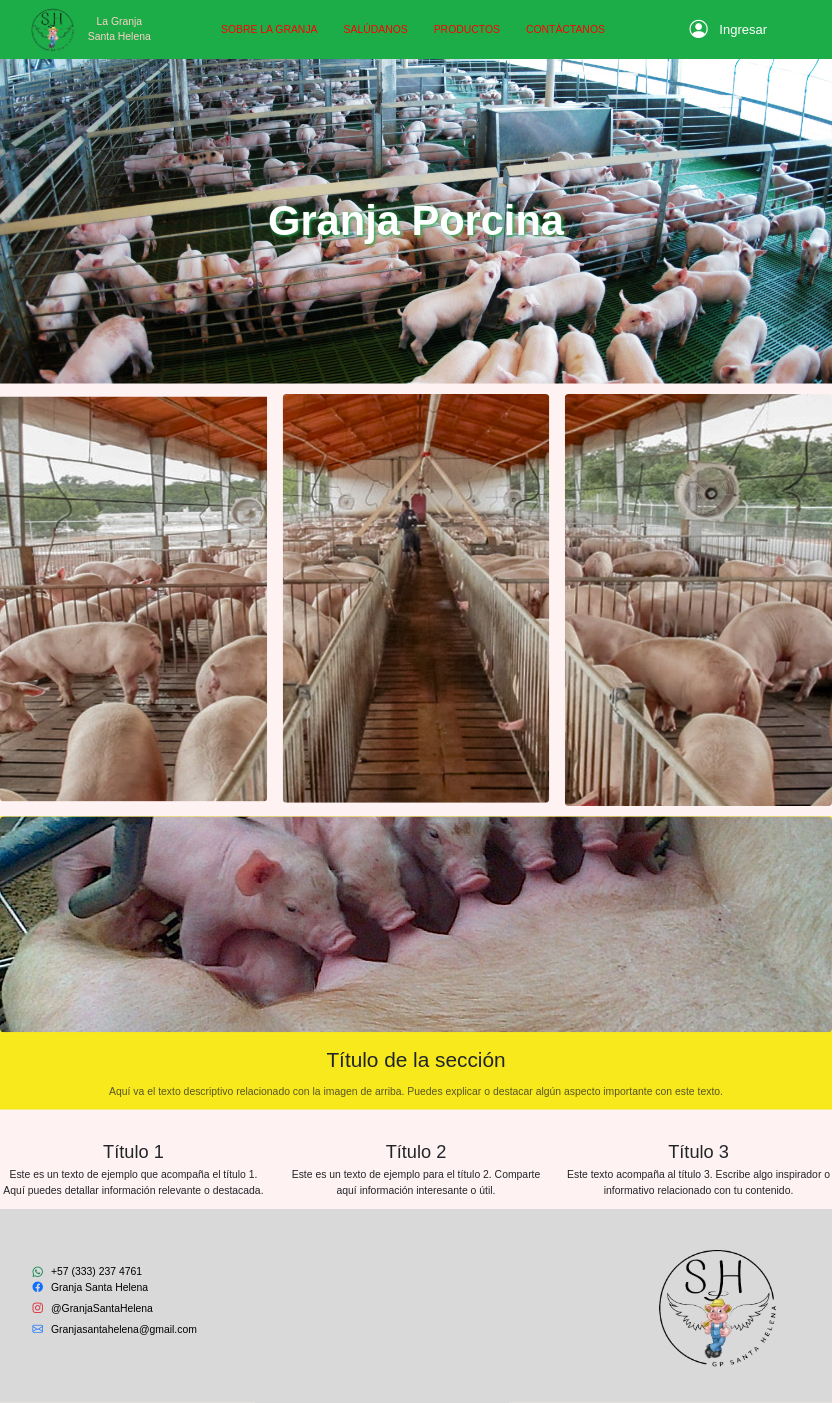
Repository: Mateojimenezz/Granja-Santa-Helena
Page: index.html
The author's editor kept a copy of each file at every save. The page is drawn from the files as they stood at one save, then again after the next save.
The browser window is 1280 px wide. The page is 1292 px wide, so the pictures cover 1292 px, including what lies to the right of the window. The pictures show the whole page, at 65% of full size.
Some web fonts or font styles are not loaded; a fallback is used.

Above is the page before, as saved 2025-03-29 09:49:51.

After the next save:
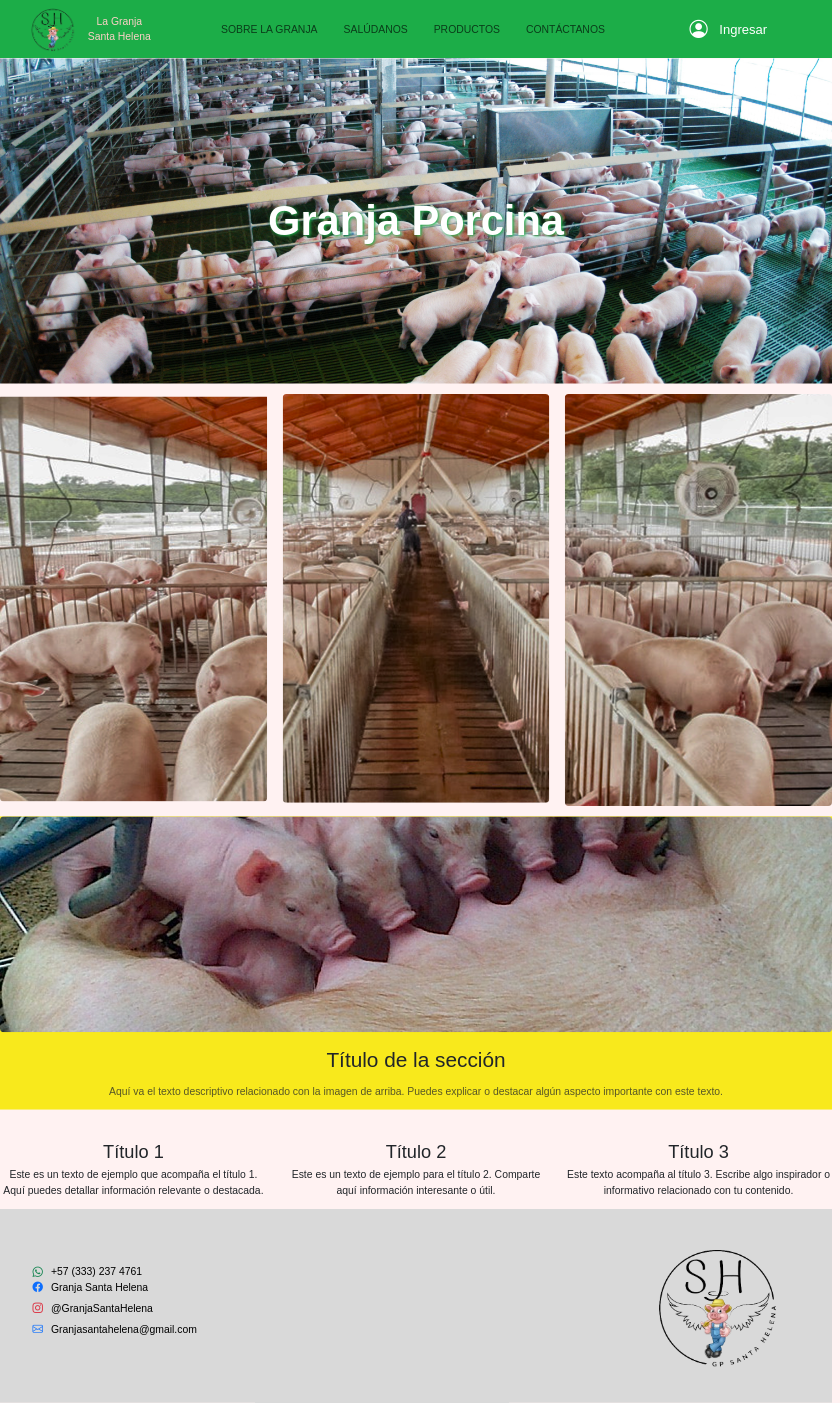
Saved 32 s later.
--- a/assets/css/index.css
+++ b/assets/css/index.css
@@ -50,7 +50,7 @@ body {
 
 .nav-link {
   position: relative;
-  color: red ;
+color
   text-decoration: none;
   padding: 0.5rem;
   transition: color 0.3s ease-in-out;

After the 2 saves that followed:
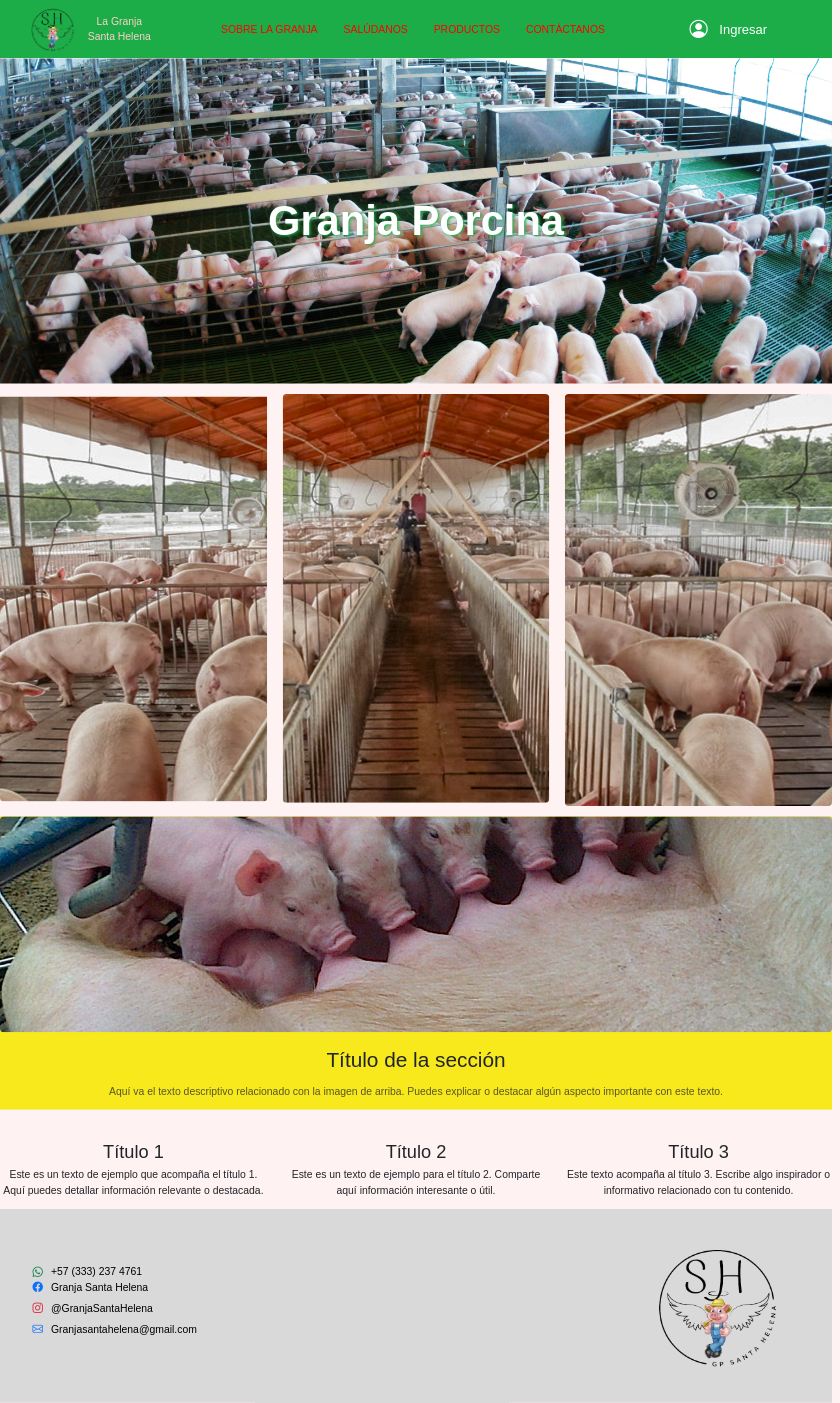
The 2 saves are shown as one change because they came seconds apart.
The last was saved 10 s later.
--- a/assets/css/index.css
+++ b/assets/css/index.css
@@ -50,7 +50,7 @@ body {
 
 .nav-link {
   position: relative;
-color
+color: red;
   text-decoration: none;
   padding: 0.5rem;
   transition: color 0.3s ease-in-out;
